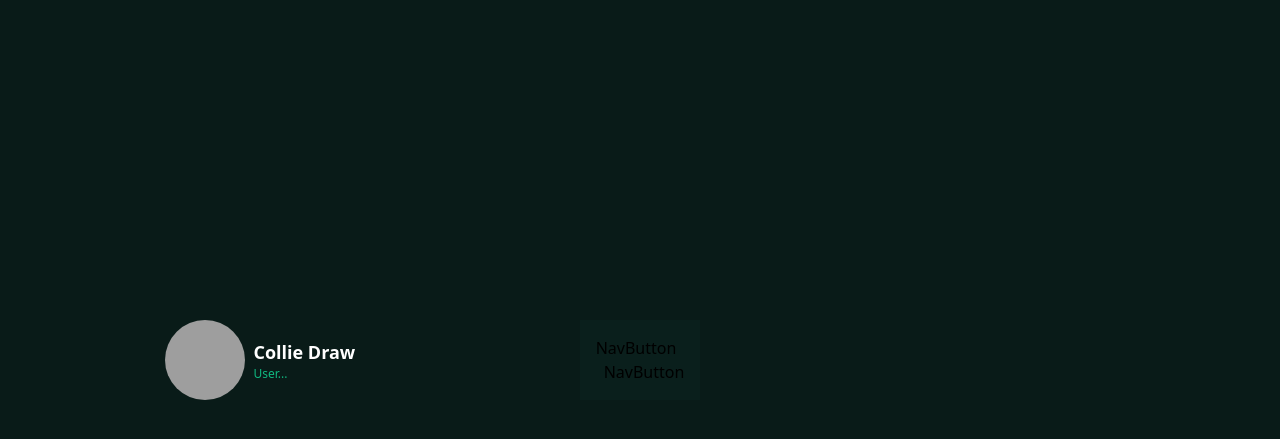
Repository: dcolind/BlockChain-Lotto
Page: /
These files come from the project's save history. The page is drawn as it stood at one moment and after the next save; the edit follows.
The browser window is 1280 px wide. The pictures show the whole page.
Pictures or frames that could not be fetched are drawn as grey boxes. The project was rebuilt for these pictures with package versions that can differ from the ones it lists, and the page was loaded fresh each time. The framework's server and built-in components were replaced by stand-ins that run in the browser. Also part of the build but not shown: next.config.js.

Above is the page before, as saved 2022-08-30 11:33:56.

### pages/index.tsx
import type { NextPage } from 'next'
import Head from 'next/head'
import Header from '../components/Header'


const Home: NextPage = () => {
  return (
    <div className="bg-[#091B18] h-screen flex flex-col items-center justify-center">
      <Head>
        <title>Collie Lottery</title>
      </Head>

      <Header/>

    </div>
  )
}

export default Home

### styles/globals.css
@tailwind base;
@tailwind components;
@tailwind utilities;

@layer components {
    .countdown {
        @apply p-8 text-5xl lg:min-w-[150px] text-center bg-[#013F34] rounded-lg text-white
    }

    .countdown-label {
        @apply text-center text-white uppercase text-sm pt-4
    }

    .stats {
        @apply bg-[#091F1C] text-white p-4 flex-1 rounded-md border-[#004337] border-2
    }

    .stats-container {
        @apply bg-[#091F1C] p-5 rounded-lg border-[#004337] border
    }

    .admin-button {
        @apply bg-[#091F1C] text-white p-2 flex-1 rounded-md border-[#004337] border-2 hover:bg-emerald-500/50
    }
}

### components/Header.tsx
import React from 'react'
import NavButton from './NavButton'

function Header() {
  return (
    <div className="grid grid-cols-2 md:grid-cols-5 justify-between items-center p-5">
        <div className="flex items-center space-x-2">
           <img
           className="rounded-full h-20 w-20"
           src="https://i.imgur.com/4h7mAu7.png"
           alt="" />
        <div>
            <h1 className='text-lg text-white font-bold'>Collie Draw</h1>
            <p className="text-xs text-emerald-500 truncate">User...</p>
        </div>
        </div>

        <div className="hidden md:flex md:col-span-3 items-center  justify-center rounded-md">
            <div className="bg-[#0A1F1C] p-4 space-x-2">
            <NavButton/>
            <NavButton/>
            </div>
        </div>
    </div>
  )
}

export default Header

### components/NavButton.tsx
import React from 'react'

function NavButton() {
  return (
    <div>NavButton</div>
  )
}

export default NavButton

Loaded but not shown: pages/_app.tsx (common file); tailwind.config.js (common file)

After the next save:
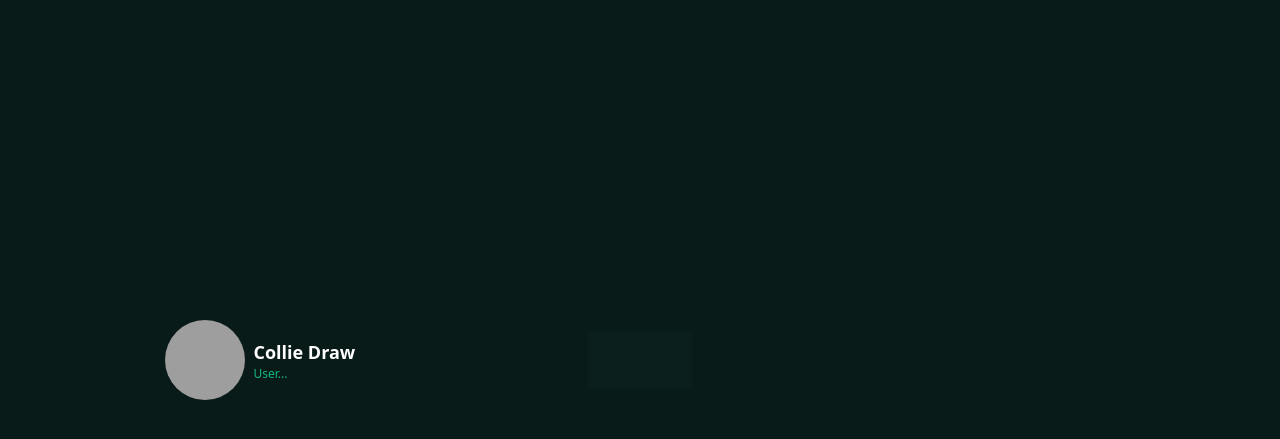
Saved 84 s later.
--- a/components/NavButton.tsx
+++ b/components/NavButton.tsx
@@ -1,9 +1,22 @@
-import React from 'react'
+import React from "react";
 
-function NavButton() {
-  return (
-    <div>NavButton</div>
-  )
+interface Props {
+  title: string;
+  isActive?: boolean;
+  onClick?: () => void;
 }
 
-export default NavButton
+function NavButton({ title, isActive, onClick }: Props) {
+  return (
+    <button
+      onClick={onClick}
+      className={`${
+        isActive && "bg-[#036756]"
+      } hover:bg-[#036756] text-white font-bold py-2 px-4 rounded`}
+    >
+      {title}
+    </button>
+  );
+}
+
+export default NavButton;
